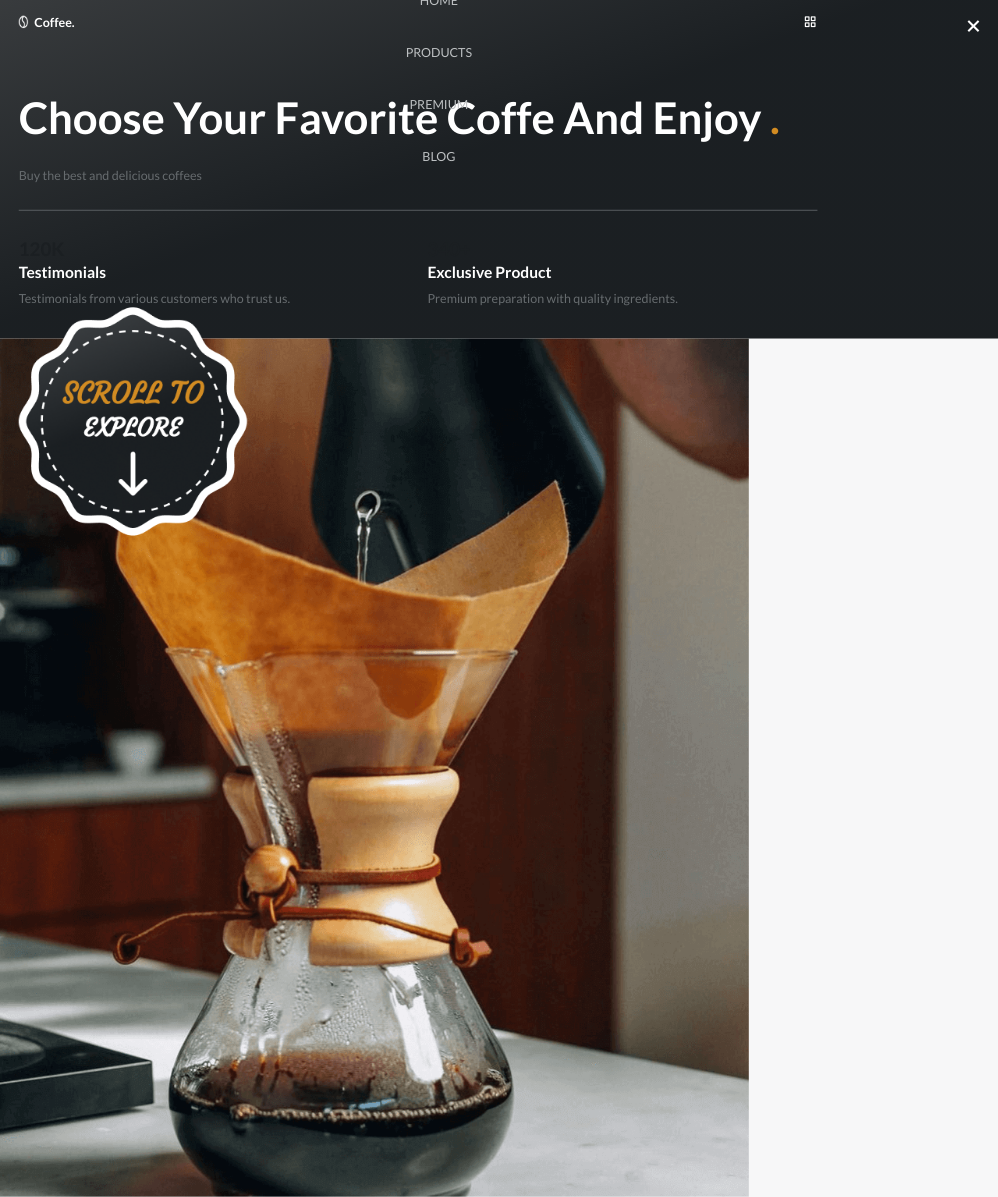
Repository: phong121020/coffee-responsive
Page: index.html
The author's editor kept a copy of each file at every save. The page is drawn from the files as they stood at one save, then again after the next save.
The browser window is 1280 px wide. The pictures show the whole page, at 78% of full size.

Above is the page before, as saved 2022-03-06 17:57:42.

After the next save:
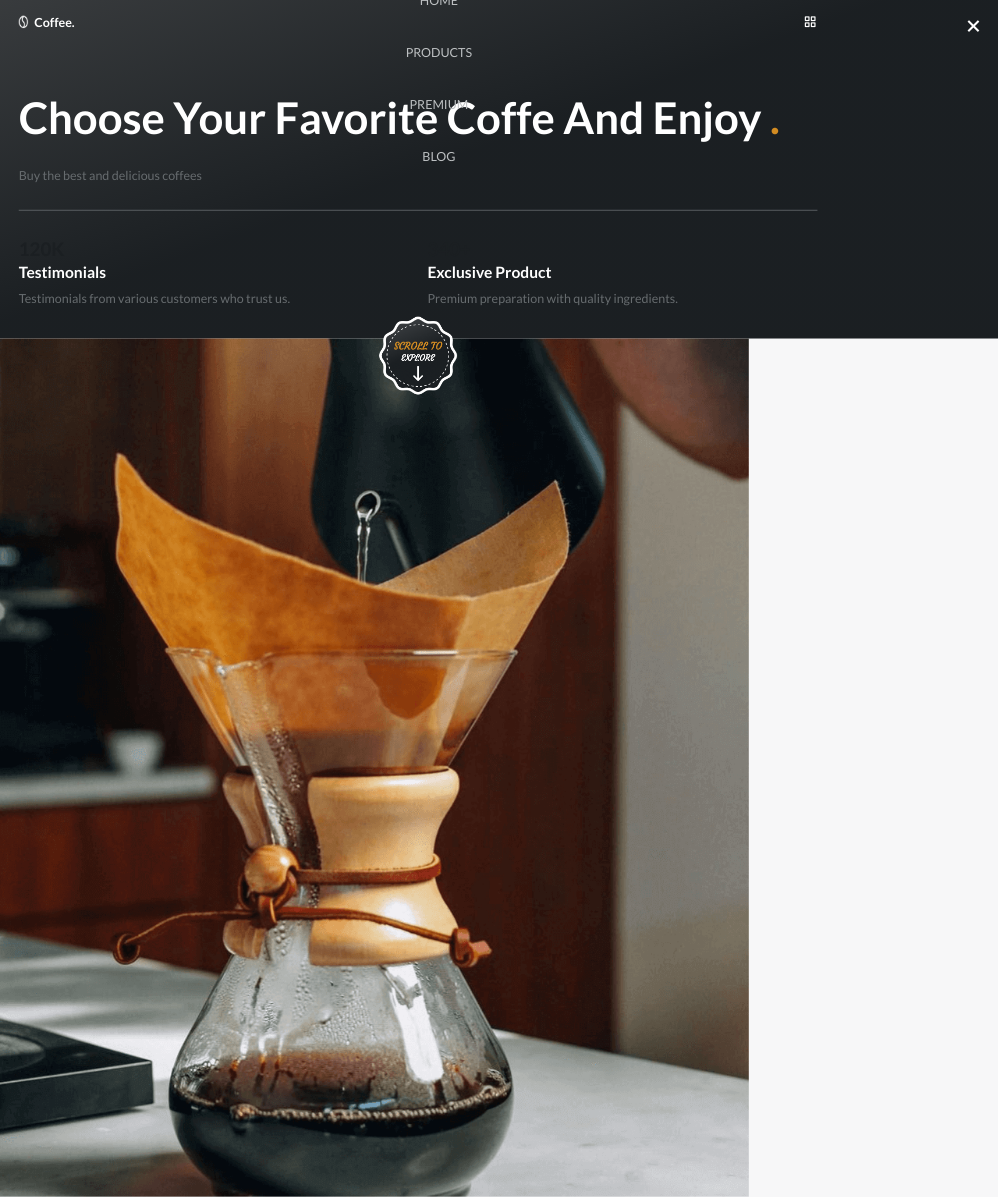
Saved 47 s later.
--- a/assets/css/style.css
+++ b/assets/css/style.css
@@ -245,4 +245,9 @@ button {
 }
 .home__scroll {
   position: absolute;
-}
+  width: 100px;
+  bottom: -7rem;
+  left: 0;
+  right: 0;
+  margin: 0 auto;
+}
